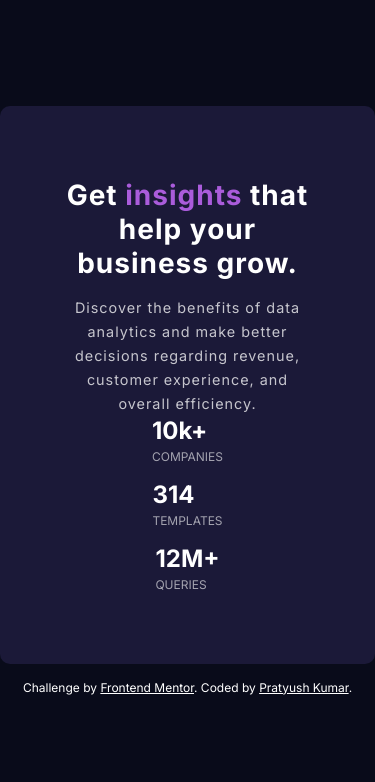
Repository: PratypartyY2K/frontendmentor-challenges
Page: stats-preview-card-component-main/index.html
The author's editor kept a copy of each file at every save. The page is drawn from the files as they stood at one save, then again after the next save.
The browser window is 375 px wide. The pictures show the whole page.

Above is the page before, as saved 2021-07-14 02:12:20.

### stats-preview-card-component-main/index.html
<!DOCTYPE html>
<html lang="en">

<head>
  <meta charset="UTF-8">
  <meta name="viewport" content="width=device-width, initial-scale=1.0">
  <!-- displays site properly based on user's device -->

  <link rel="icon" type="image/png" sizes="32x32" href="./images/favicon-32x32.png">
  <!--font families-->
  <link rel="preconnect" href="https://fonts.googleapis.com">
  <link rel="preconnect" href="https://fonts.gstatic.com" crossorigin>
  <link href="https://fonts.googleapis.com/css2?family=Inter:wght@400;700&display=swap" rel="stylesheet">
  <link rel="stylesheet" href="style.css">



  <title>Frontend Mentor | Stats preview card component</title>

</head>

<body>
  <div class="card-wrapper">
    <div class="card">
      <div class="heading">
        Get <span class="active">insights</span> that help your business grow.
      </div>
      <div class="card-content">
        Discover the benefits of data analytics and make better decisions regarding revenue, customer
        experience, and overall efficiency.
      </div>
      <div class="stats">
        <div>
          <h3>10k+</h3>
          companies
        </div>
        <div>
          <h3>314</h3>
          templates
        </div>
        <div>
          <h3>12M+</h3>
          queries
        </div>
      </div>
    </div>
    <div class="img-container">
      <div class="overlay">
      </div>
    </div>
  </div>
  <div class="attribution">
    Challenge by <a href="https://www.frontendmentor.io?ref=challenge" target="_blank">Frontend Mentor</a>.
    Coded by <a href="#">Pratyush Kumar</a>.
  </div>
</body>

</html>

### stats-preview-card-component-main/style.css
* {
    box-sizing: border-box;
}

body {
    background-color: hsl(233, 47%, 7%);
    margin: 0;
    display: flex;
    flex-direction: column;
    justify-content: center;
    align-items: center;
    min-height: 100vh;
    font-family: 'Inter', sans-serif;
}

.card-wrapper {
    background-color: hsl(244, 38%, 16%);
    display: flex;
    justify-content: center;
    border-radius: 10px;
    overflow: hidden;
}

.card {
    padding: 4rem 6.5rem 4rem 4rem;
}

.heading {
    font-size: 2.75rem;
    color: hsl(0, 0%, 100%);
    padding: 1rem 0;
    font-weight: 700;
    letter-spacing: 1px;
}

.heading .active {
    color: hsl(277, 64%, 61%);
}

.card-content {
    color: hsla(0, 0%, 100%, 0.75);
    font-size: 1rem;
    line-height: 1.5rem;
    padding-right: 4rem;
    letter-spacing: 1px;
}

.stats {
    display: flex;
    justify-content: space-between;
    padding-top: 4.5rem;
    padding-right: 5rem;
}

.stats > div {
    display: flex;
    flex-direction: column;
    align-items: baseline;
}

.stats > div {
    color: hsla(0, 0%, 100%, 0.6);
    text-transform: uppercase;
    font-size: 0.75rem;
}

h3 {
    margin: 0;
    color: white;
    font-weight: 700;
    font-size: 1.5rem;
    margin-bottom: 0.25rem;
    text-transform: none;
}

.img-container {
    background-image: url(images/image-header-desktop.jpg);
    width: 100%;
    background-repeat: no-repeat;
    background-size: cover;
}

.overlay {
    background-color: blueviolet;
    height: 100%;
    mix-blend-mode:multiply;
}

.attribution { font-size: 0.75rem; text-align: center; color: white; margin-top: 1rem;}
.attribution a { color: hsl(228, 45%, 44%); color: white;}

@media only screen and (max-width: 600px) {

    body {
        max-width:max-content;
        padding: 0;
    }
    .card-wrapper {
        flex-direction: column-reverse;
        justify-content: baseline;
        font-size: 1rem;
        text-align: center;
    }

    .card {
        padding: 3.5rem;
    }

    .heading {
        font-size: 1.75rem;
    }

    .card-content {
        padding: 0 0.5rem;
        font-size: 0.9rem;
    }

    .stats {
        flex-direction: column;
        align-items: center;
        padding: 0 3rem;
    }

    .stats > div {
        margin-bottom: 1rem;
    }

}

After the next save:
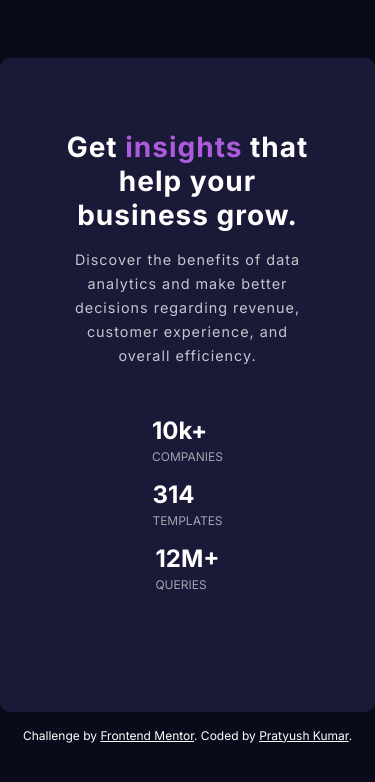
Saved 7 s later.
--- a/stats-preview-card-component-main/style.css
+++ b/stats-preview-card-component-main/style.css
@@ -118,7 +118,7 @@ h3 {
     .stats {
         flex-direction: column;
         align-items: center;
-        padding: 0 3rem;
+        padding: 3rem;
     }
 
     .stats > div {

After the save that followed:
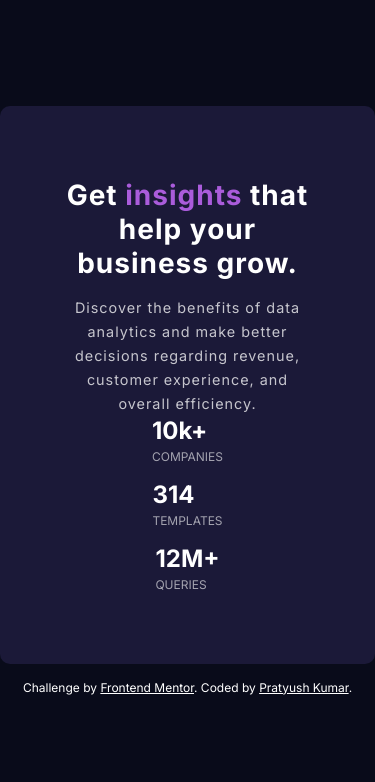
Saved 13 s later.
--- a/stats-preview-card-component-main/style.css
+++ b/stats-preview-card-component-main/style.css
@@ -118,7 +118,7 @@ h3 {
     .stats {
         flex-direction: column;
         align-items: center;
-        padding: 3rem;
+        padding: 0 3rem;
     }
 
     .stats > div {
